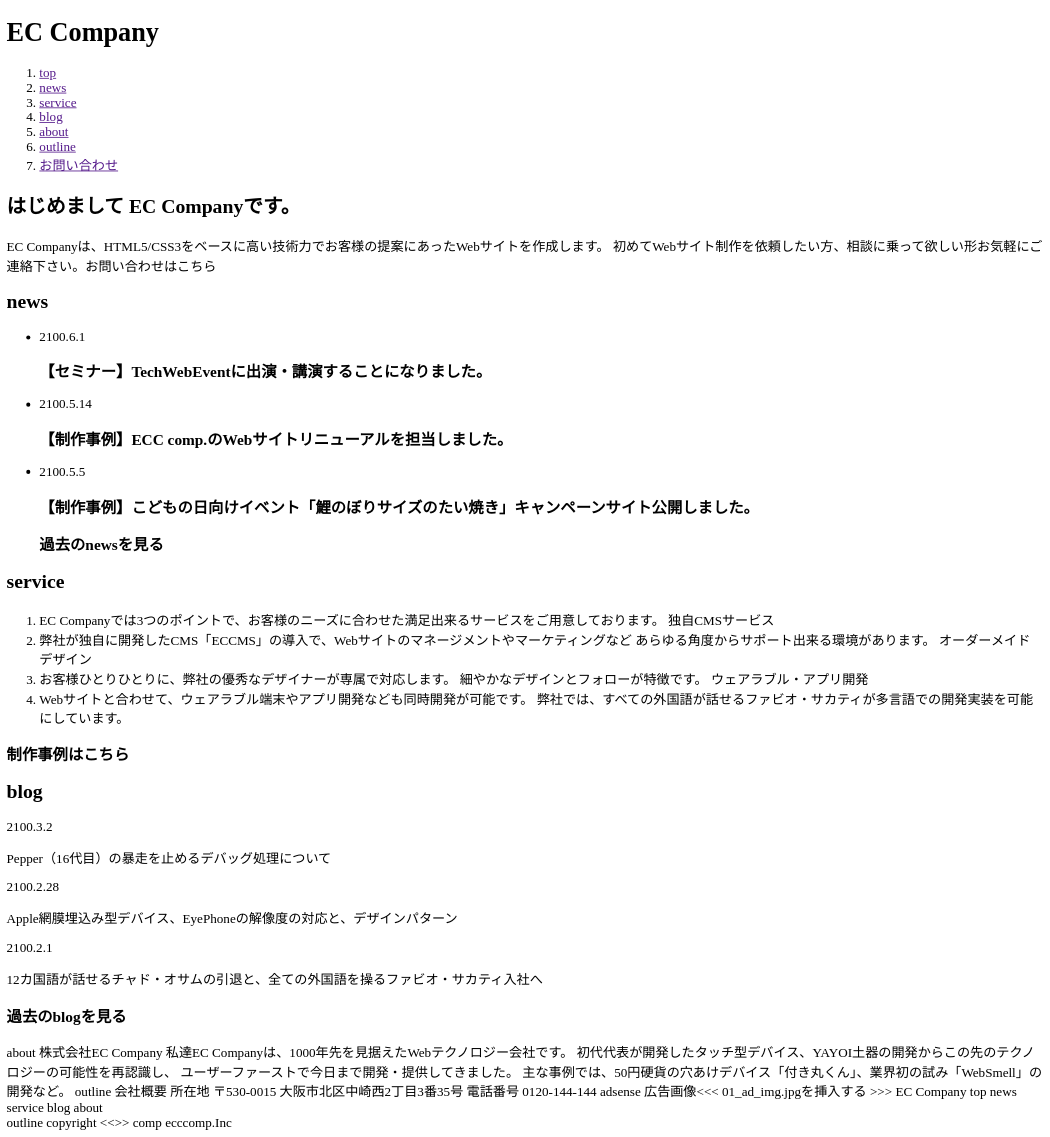
Repository: hsn320/html-practice
Page: html2/work01/work01.html
The author's editor kept a copy of each file at every save. The page is drawn from the files as they stood at one save, then again after the next save.
The browser window is 1280 px wide. The pictures show the whole page, at 82% of full size.

Above is the page before, as saved 2025-10-01 22:55:00.

### html2/work01/work01.html
<!DOCTYPE html>
<html lang="en">
<head>
    <meta charset="UTF-8">
    <meta name="viewport" content="width=device-width, initial-scale=1.0">
    <title>EC Company</title>
</head>
<body>
    <header>
        <h1>EC Company</h1>
        <nav>
            <ol>
                <li><a href="">top</a></li>
                <li><a href="">news</a></li>
                <li><a href="">service</a></li>
                <li><a href="">blog</a></li>
                <li><a href="">about</a></li>
                <li><a href="">outline</a></li>
                <li><a href="">お問い合わせ</a></li>
            </ol>
        </nav>
    </header>
    <main>
    <section>
        <h2>はじめまして EC Companyです。</h2>
        <p>
            EC Companyは、HTML5/CSS3をベースに高い技術力でお客様の提案にあったWebサイトを作成します。
            初めてWebサイト制作を依頼したい方、相談に乗って欲しい形お気軽にご連絡下さい。お問い合わせはこちら
        </p>
    </section>
    <section>
        <h2>news</h2>
        <ul>
            <li>
                <article>
                    <time datetime="2100.6.1">2100.6.1</time>
                    <h3>【セミナー】TechWebEventに出演・講演することになりました。</h3>
                </article>
            </li>
            <li>
                <article>
                    <time datetime="2100.5.14">2100.5.14</time>
                    <h3>【制作事例】ECC comp.のWebサイトリニューアルを担当しました。</h3>
                </article>
            </li>
            <li>
                <article>
                    <time datetime="2100.5.5">2100.5.5</time>
                    <h3>【制作事例】こどもの日向けイベント「鯉のぼりサイズのたい焼き」キャンペーンサイト公開しました。</h3>
                </article>
            </li>
            <h3>過去のnewsを見る</h3>
        </ul>
    </section>
    <section>
        <h2>service</h2>
        <ol>
            <li>
                EC Companyでは3つのポイントで、お客様のニーズに合わせた満足出来るサービスをご用意しております。
                独自CMSサービス
            </li>
            <li>
                弊社が独自に開発したCMS「ECCMS」の導入で、Webサイトのマネージメントやマーケティングなど あらゆる角度からサポート出来る環境があります。
                オーダーメイドデザイン
            </li>
            <li>
                お客様ひとりひとりに、弊社の優秀なデザイナーが専属で対応します。 細やかなデザインとフォローが特徴です。
                ウェアラブル・アプリ開発
            </li>
            <li>Webサイトと合わせて、ウェアラブル端末やアプリ開発なども同時開発が可能です。
                弊社では、すべての外国語が話せるファビオ・サカティが多言語での開発実装を可能にしています。</li>
        </ol>
        <h3>制作事例はこちら</h3>
    </section>


    <section>
        <h2>blog</h2>
        <article>
            <time datetime="2100.3.2">2100.3.2</time>
            <p>Pepper（16代目）の暴走を止めるデバッグ処理について</p>
        </article>
        <article>
            <time datetime="2100.2.28">2100.2.28</time>
            <p>Apple網膜埋込み型デバイス、EyePhoneの解像度の対応と、デザインパターン</p>
        </article>
        <article>
            <time datetime="2100.2.1">2100.2.1</time>
            <p>12カ国語が話せるチャド・オサムの引退と、全ての外国語を操るファビオ・サカティ入社へ</p>
        </article>
        <h3>過去のblogを見る</h3>

    </section>
    about
    株式会社EC Company

    私達EC Companyは、1000年先を見据えたWebテクノロジー会社です。 初代代表が開発したタッチ型デバイス、YAYOI土器の開発からこの先のテクノロジーの可能性を再認識し、 ユーザーファーストで今日まで開発・提供してきました。 主な事例では、50円硬貨の穴あけデバイス「付き丸くん」、業界初の試み「WebSmell」の開発など。

    outline
    会社概要
    所在地
    〒530-0015 大阪市北区中崎西2丁目3番35号
    電話番号
    0120-144-144

    adsense
    広告画像<<< 01_ad_img.jpgを挿入する >>>

    EC Company
    top
    news
    service
    blog
    about
    </main>
outline

copyright <<<copyrightマークに差し替え>>> comp ecccomp.Inc
</body>
</html>

After the next save:
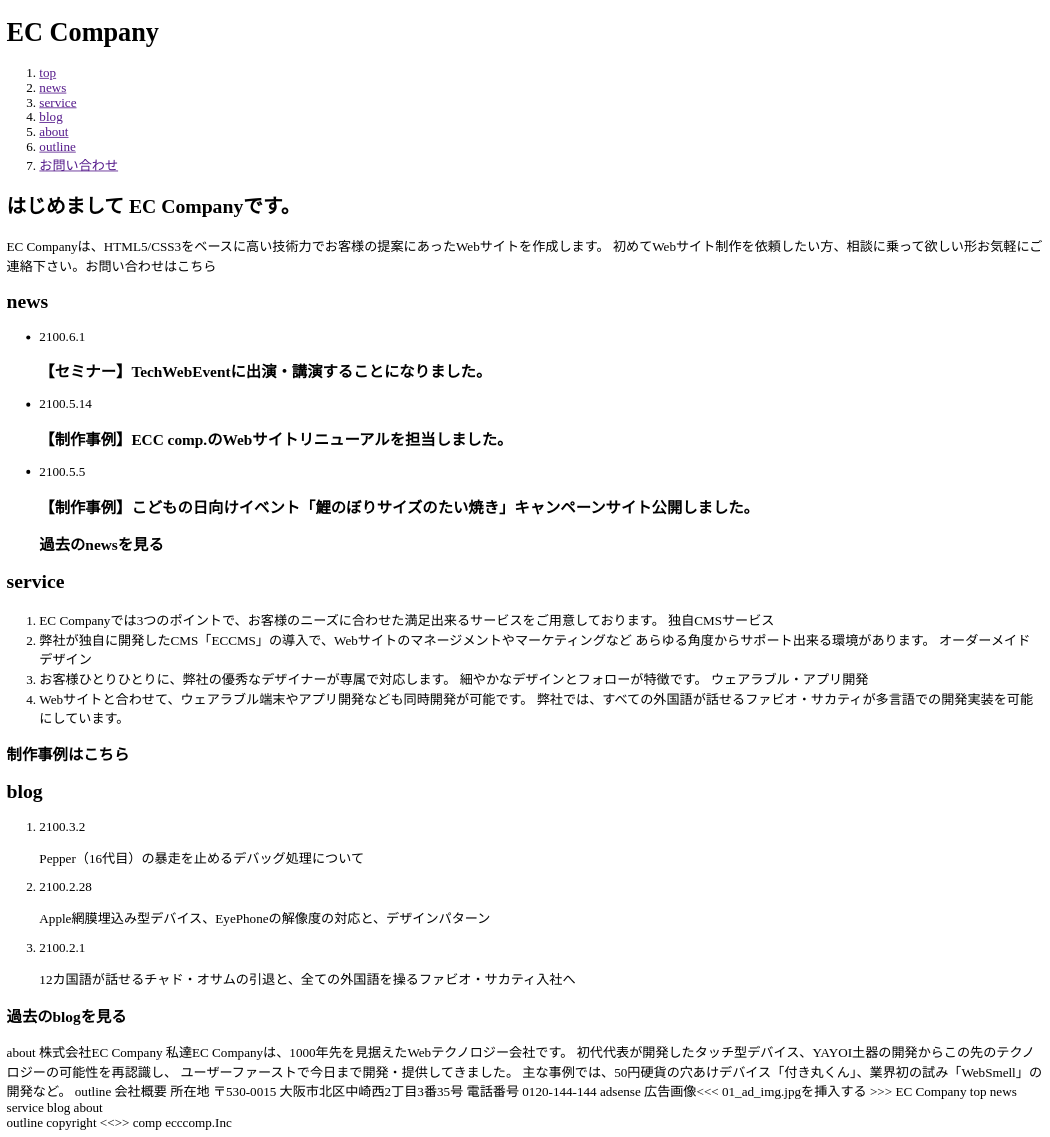
Saved 38 s later.
--- a/html2/work01/work01.html
+++ b/html2/work01/work01.html
@@ -76,18 +76,26 @@
 
     <section>
         <h2>blog</h2>
-        <article>
-            <time datetime="2100.3.2">2100.3.2</time>
-            <p>Pepper（16代目）の暴走を止めるデバッグ処理について</p>
-        </article>
-        <article>
-            <time datetime="2100.2.28">2100.2.28</time>
-            <p>Apple網膜埋込み型デバイス、EyePhoneの解像度の対応と、デザインパターン</p>
-        </article>
-        <article>
-            <time datetime="2100.2.1">2100.2.1</time>
-            <p>12カ国語が話せるチャド・オサムの引退と、全ての外国語を操るファビオ・サカティ入社へ</p>
-        </article>
+        <ol>
+            <li>
+                <article>
+                    <time datetime="2100.3.2">2100.3.2</time>
+                    <p>Pepper（16代目）の暴走を止めるデバッグ処理について</p>
+                </article>
+            </li>
+            <li>
+                <article>
+                    <time datetime="2100.2.28">2100.2.28</time>
+                    <p>Apple網膜埋込み型デバイス、EyePhoneの解像度の対応と、デザインパターン</p>
+                </article>
+            </li>
+            <li>
+                <article>
+                    <time datetime="2100.2.1">2100.2.1</time>
+                    <p>12カ国語が話せるチャド・オサムの引退と、全ての外国語を操るファビオ・サカティ入社へ</p>
+                </article>
+            </li>
+        </ol>
         <h3>過去のblogを見る</h3>
 
     </section>
